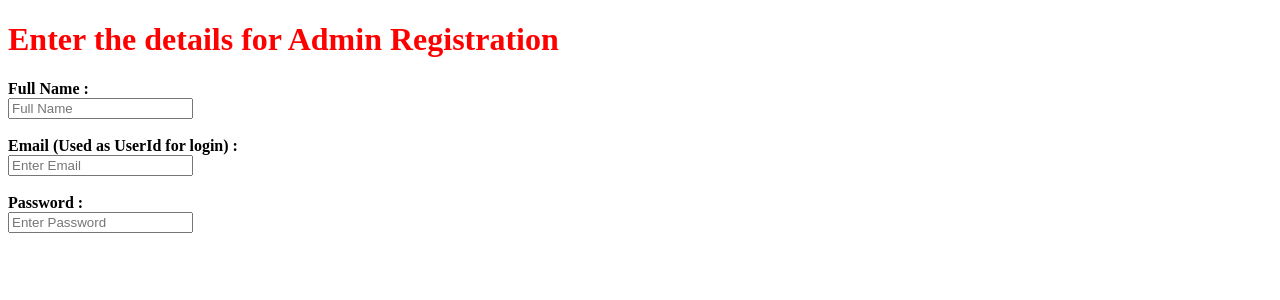
Repository: Shivani2392/FlyAwayProject
Page: http://localhost/FlightBookingPortal/AdminRegistrationPage.jsp
An editor plug-in stored every save of this project. The page is shown before and after the next save, followed by the edit.
The browser window is 1280 px wide. The pictures show the whole page.
The page is served by Tomcat 9.

Above is the page before, as saved 2020-11-22 05:50:02.

After the next save:
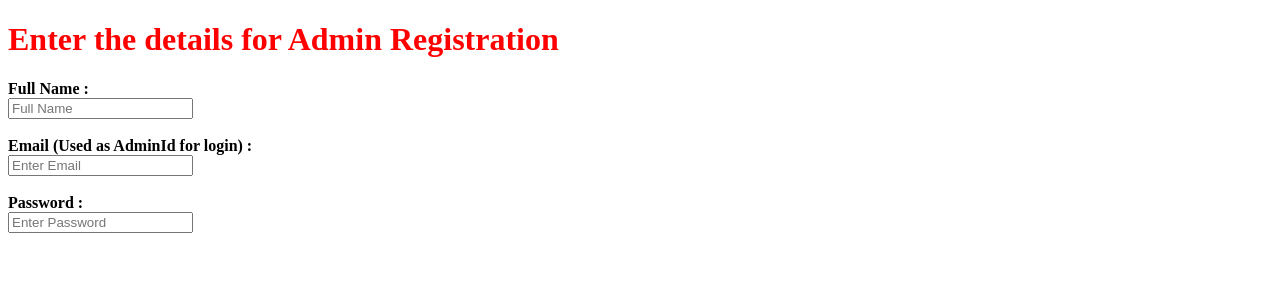
Saved 14 s later.
--- a/FlightBookingPortal/src/main/webapp/AdminRegistrationPage.jsp
+++ b/FlightBookingPortal/src/main/webapp/AdminRegistrationPage.jsp
@@ -13,7 +13,7 @@
       <label for="adminname"><b>Full Name : </b></label><br>
       <input type="text" placeholder="Full Name" name="adminname" required>
       <br><br>
-      <label for="mail"><b>Email (Used as UserId for login) : 	</b></label><br>
+      <label for="mail"><b>Email (Used as AdminId for login) : 	</b></label><br>
       <input type="email" placeholder="Enter Email" name="mail" required>
       <br><br>
       <label for="psw"><b>Password : 	</b></label><br>
